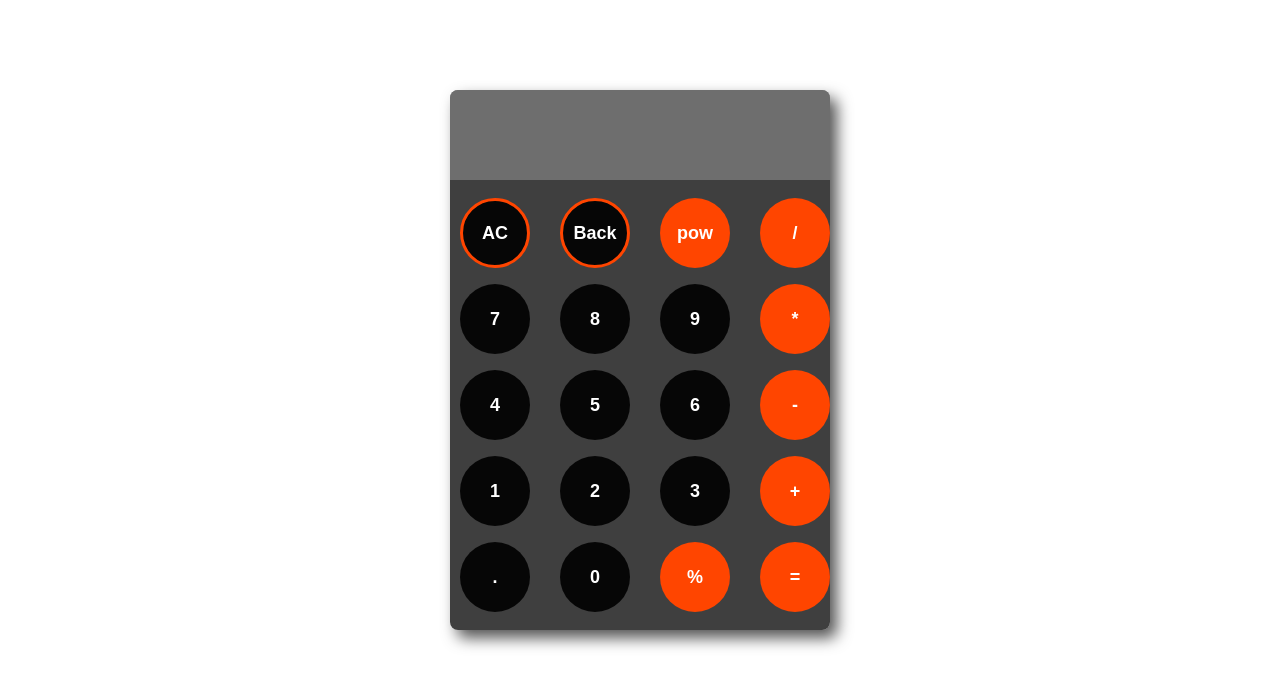
Repository: SakthivelDurai47/calculator
Page: index.html
The author's editor kept a copy of each file at every save. The page is drawn from the files as they stood at one save, then again after the next save.
The browser window is 1280 px wide. The pictures show the whole page.

Above is the page before, as saved 2025-04-13 15:55:52.

After the next save:
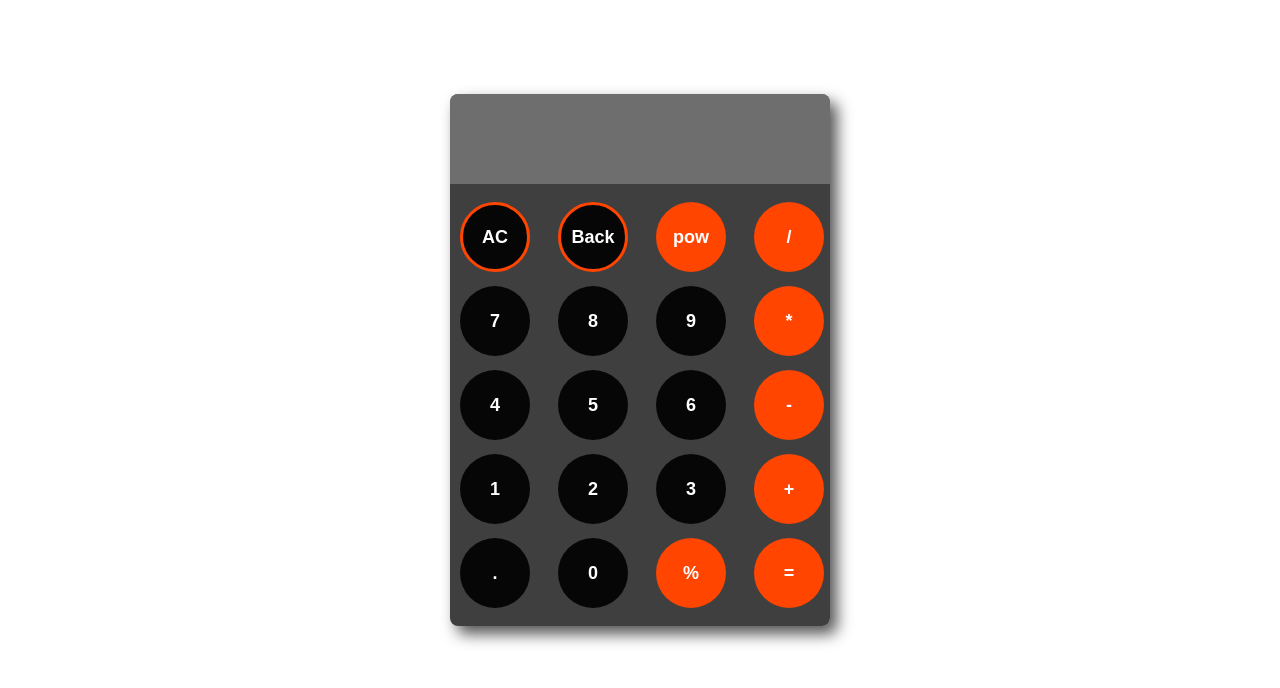
Saved 4 s later.
--- a/styles.css
+++ b/styles.css
@@ -8,7 +8,7 @@ body {
 #buttons {
   display: grid;
   grid-template-columns: repeat(4, 1fr);
-  gap: 10px;
+  gap: 8px;
   align-items: center;
   justify-items: center;
 }
